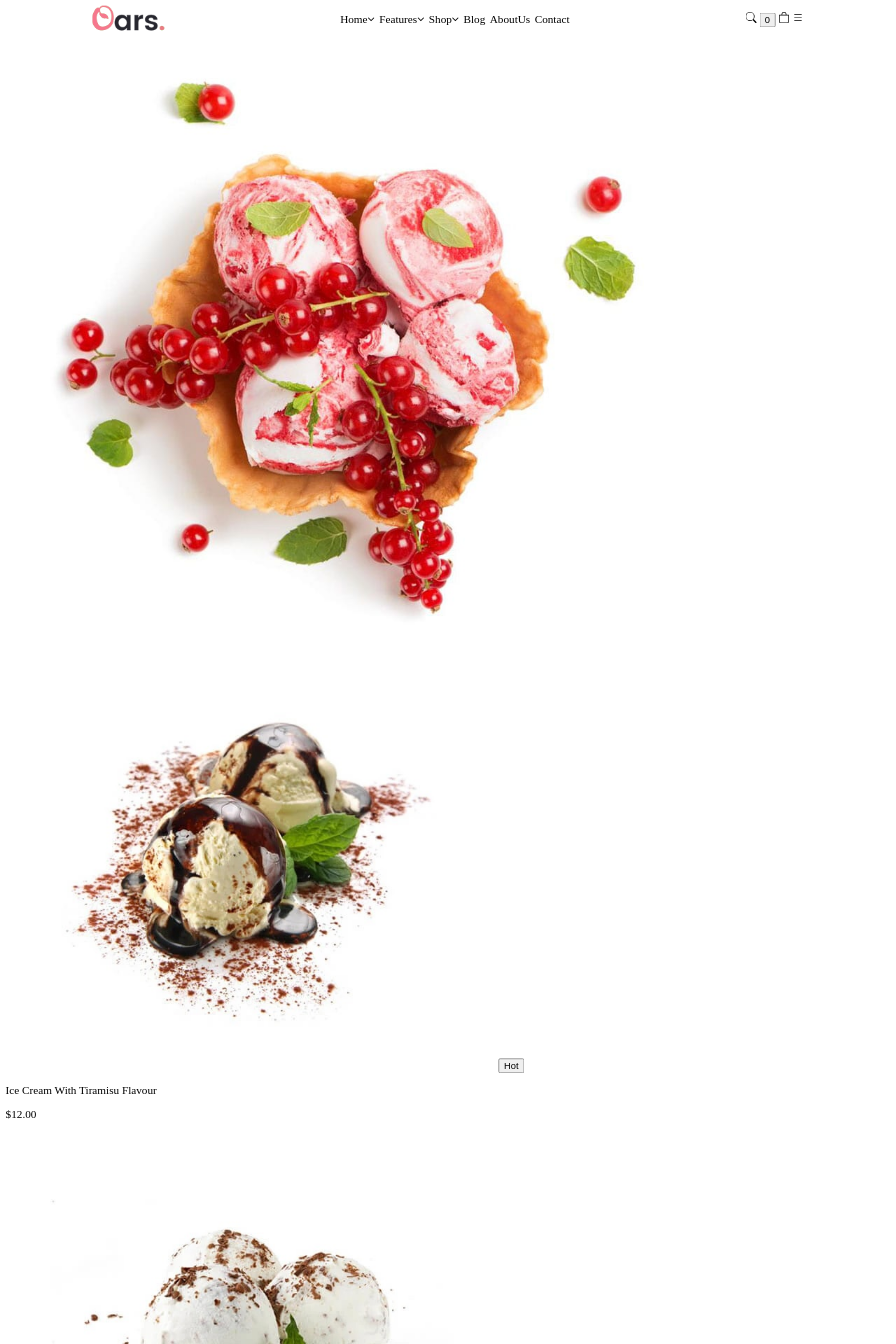
Repository: pradeepi2i/ice-cream
Page: icecream.html
These files come from the project's save history. The page is drawn as it stood at one moment and after the next save; the edit follows.
The browser window is 1280 px wide. The pictures show the part of the page from y = 0 to 1920 px (the page is 8871 px tall), at 70% of full size.

Above is the page before, as saved 2022-11-16 13:00:41.

After the next save:
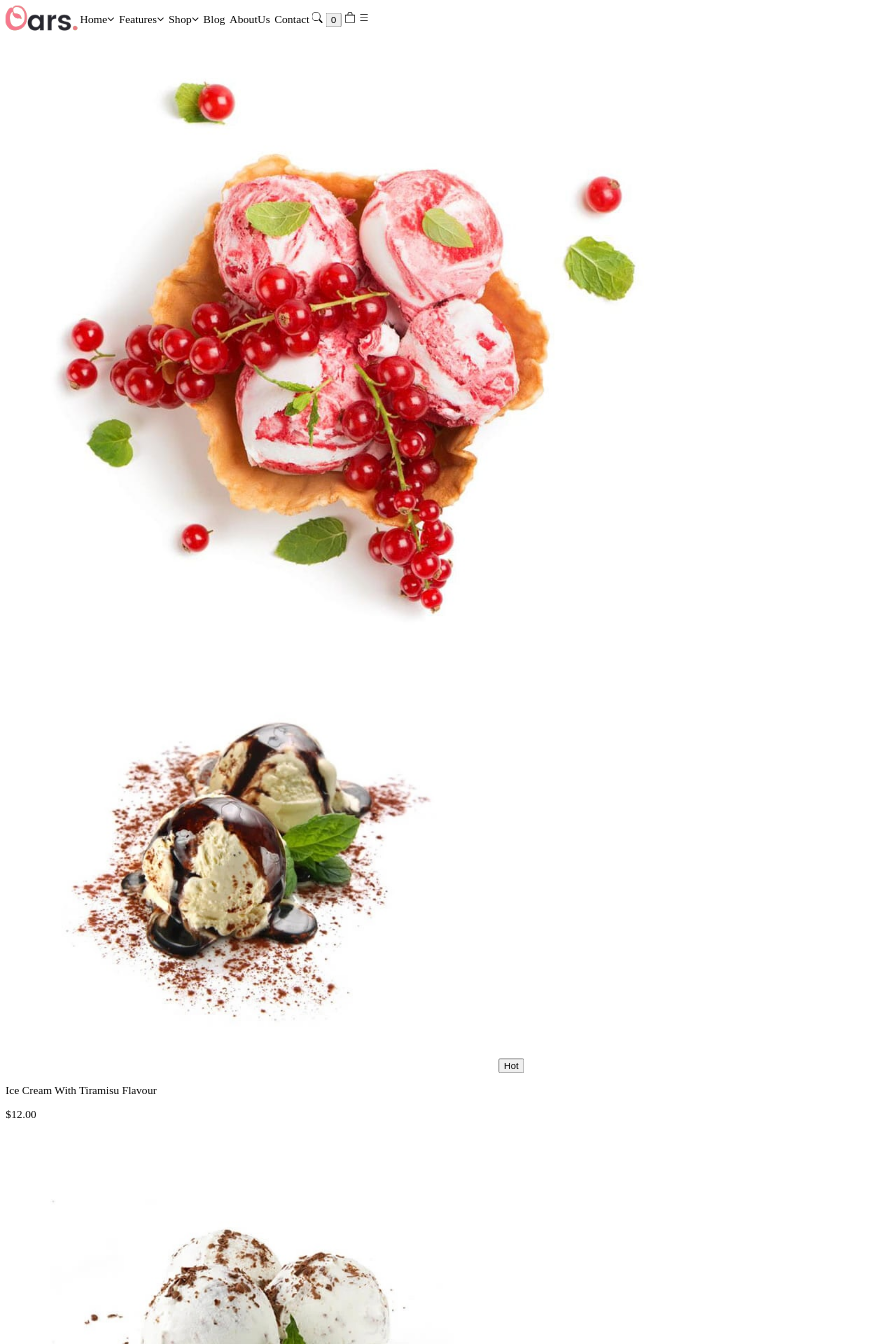
Saved 106 s later.
--- a/css/style.css
+++ b/css/style.css
@@ -1,6 +1,6 @@
 .header {
     display: flex;
-    justify-content: space-around;
+    justify-content: space-b;
     align-items: center;
 }
 .navbar-center {
